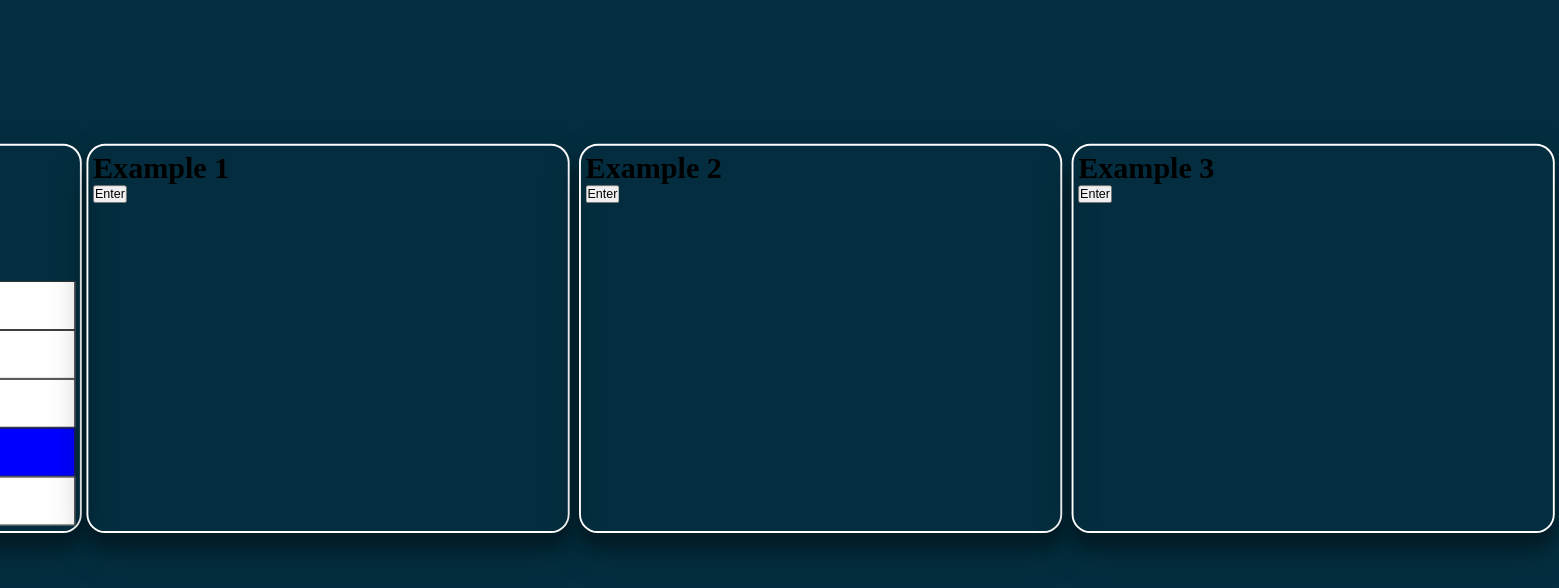
Repository: Ellisvelandia/DOM-Manipulation
Page: index.html
The author's editor kept a copy of each file at every save. The page is drawn from the files as they stood at one save, then again after the next save.
The browser window is 1280 px wide. The page is 1659 px wide, then 1280 px, then 1659 px, so the pictures cover 1659 px, including what lies to the right of the window. The pictures show the whole page, at 94% of full size.

Above is the page before, as saved 2022-08-22 16:37:32.

After the next save:
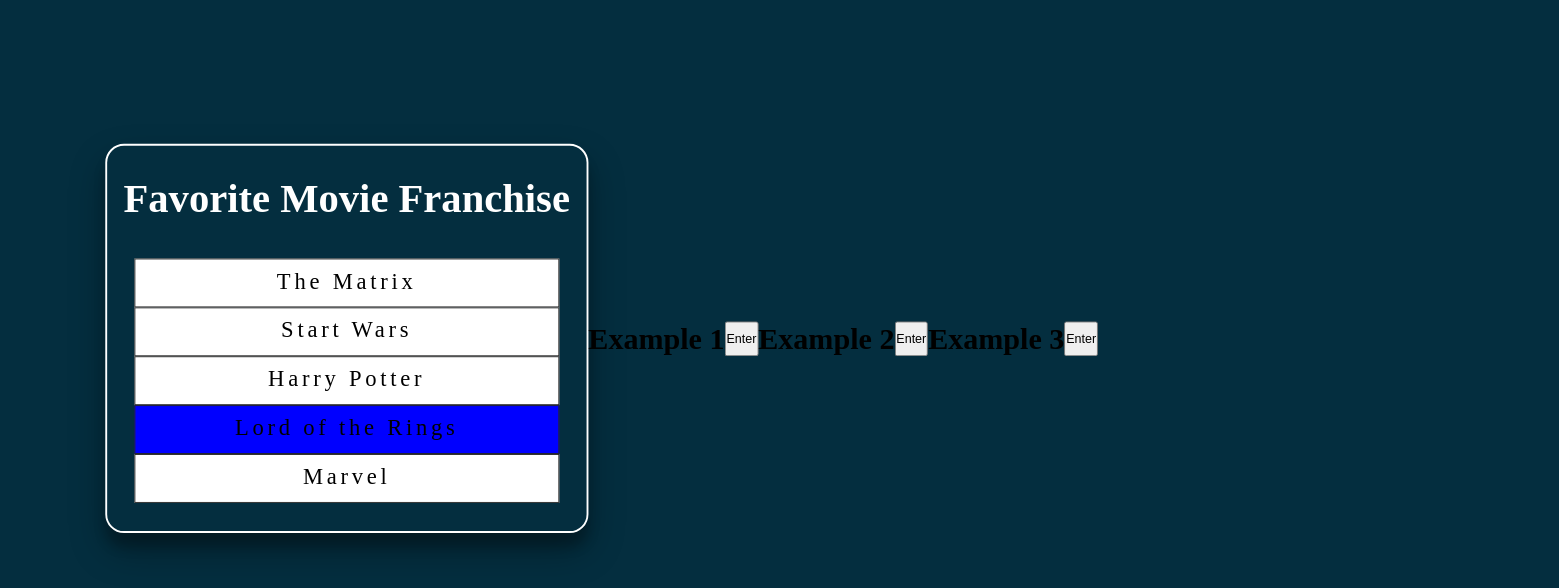
Saved 4 s later.
--- a/style.css
+++ b/style.css
@@ -57,7 +57,7 @@
 
 .boxes {
   margin: 5px;
-  display: ;
+  display: contents;
   align-items: center;
   flex-direction: row;
   justify-content: center;

After the save that followed:
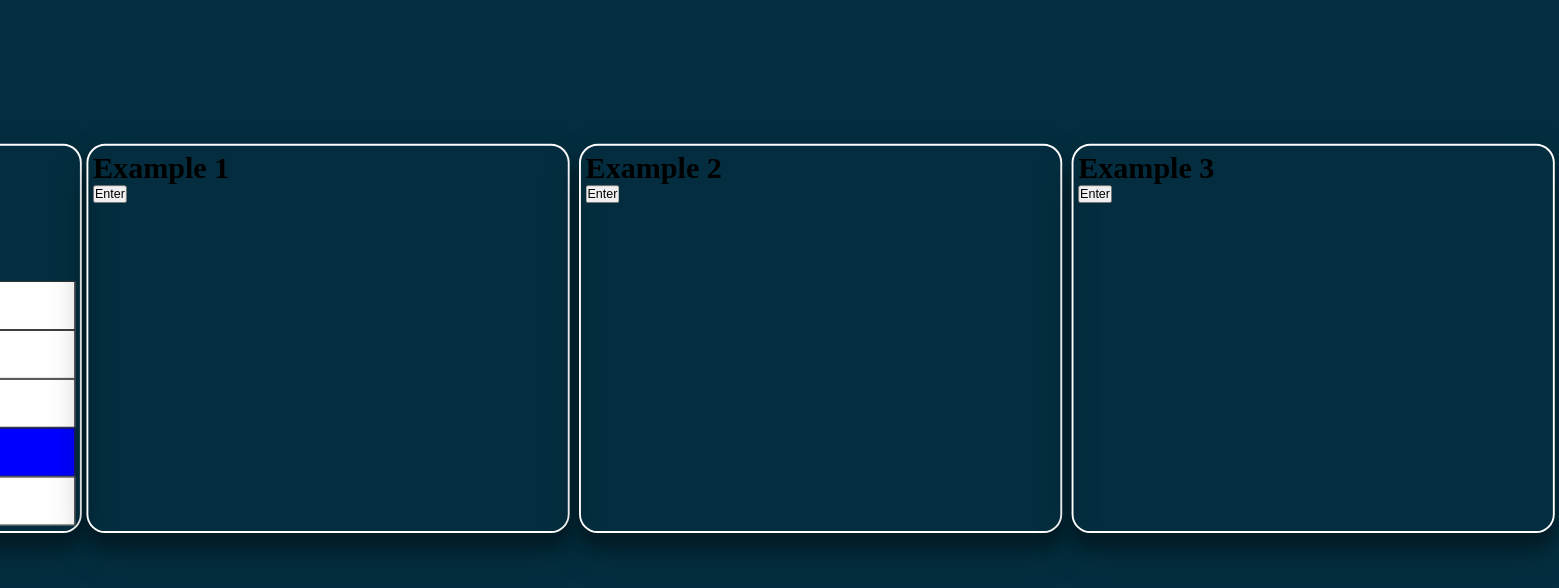
Saved 6 s later.
--- a/style.css
+++ b/style.css
@@ -57,7 +57,7 @@
 
 .boxes {
   margin: 5px;
-  display: contents;
+  display: ;
   align-items: center;
   flex-direction: row;
   justify-content: center;
